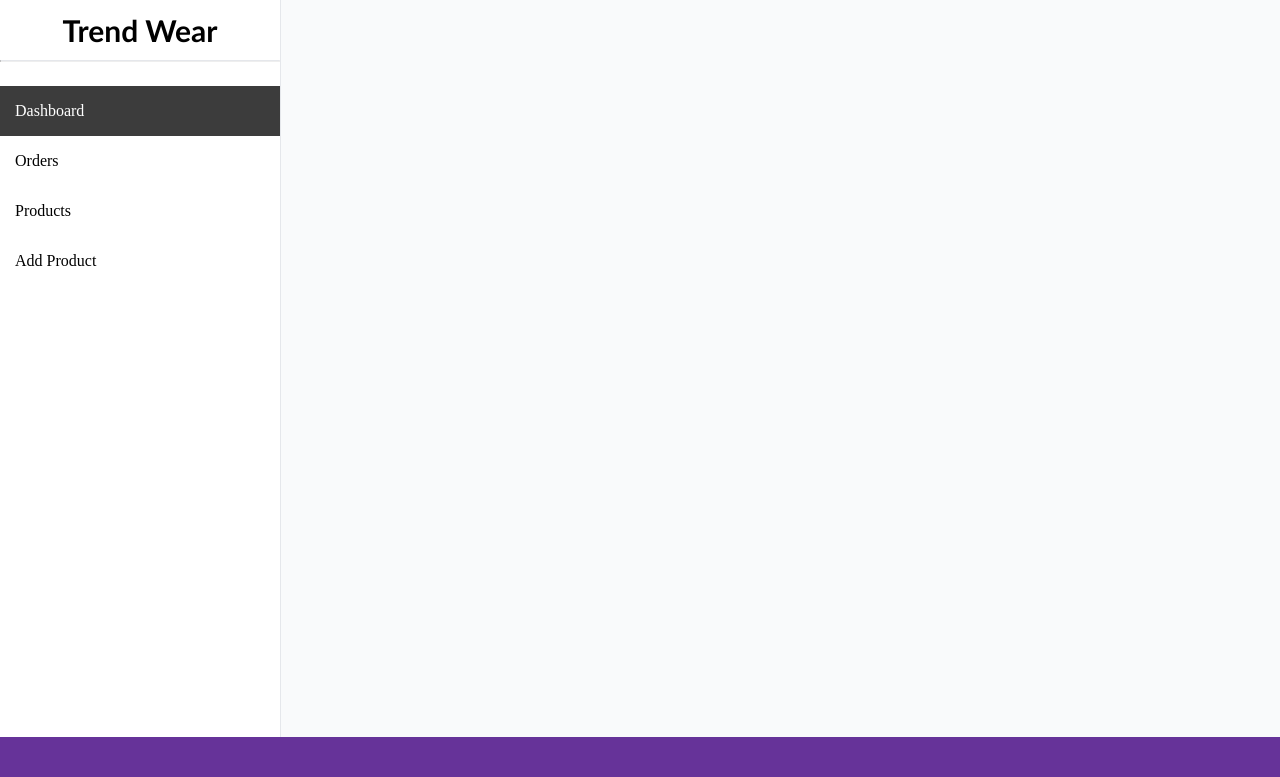
Repository: ahmad-dev7/TrendWear
Page: / (app in trend_wear_dashboard/)
These files come from the project's save history. The page is drawn as it stood at one moment and after the next save; the edit follows.
The browser window is 1280 px wide. The pictures show the whole page.
The project was rebuilt for these pictures with package versions that can differ from the ones it lists, and the page was loaded fresh each time. Also part of the build but not shown: trend_wear_dashboard/vite.config.ts.

Above is the page before, as saved 2025-01-19 18:09:06.

After the next save:
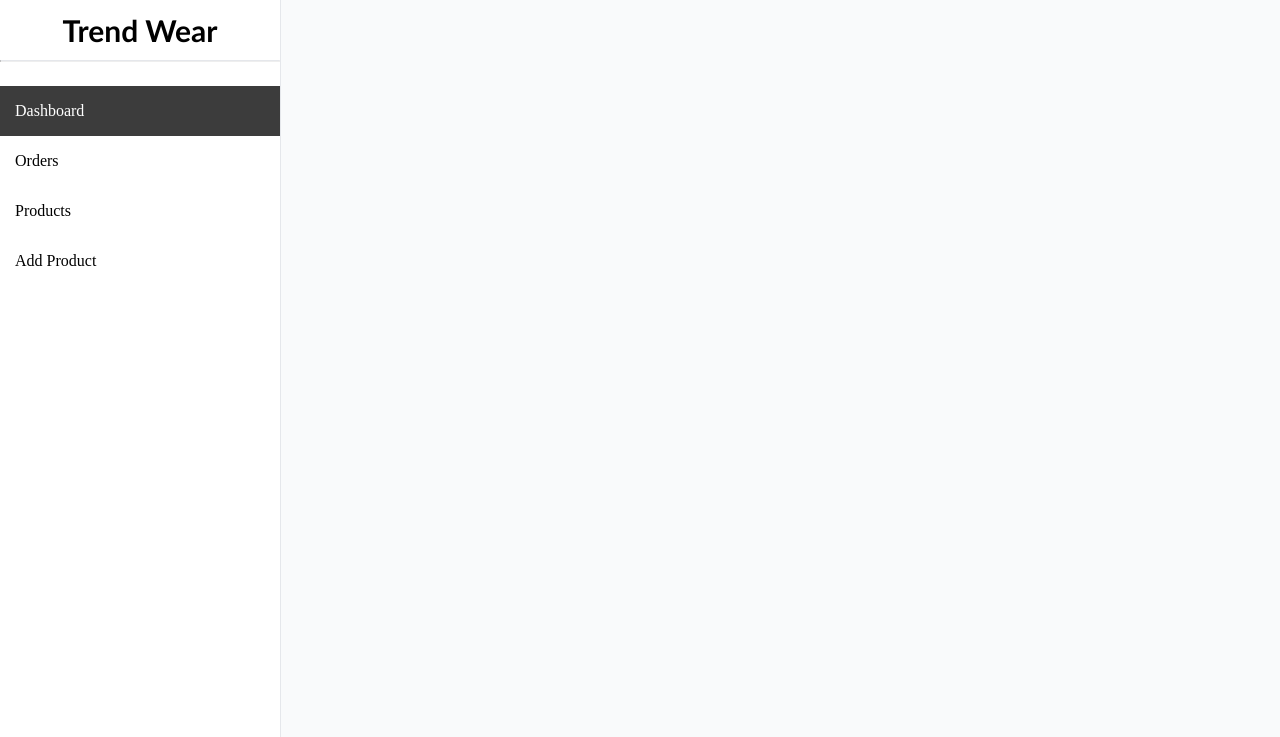
Saved 51 s later.
--- a/trend_wear_dashboard/src/App.css
+++ b/trend_wear_dashboard/src/App.css
@@ -4,3 +4,7 @@ body {
     margin: 0px;
 
 }
+
+#parent {
+    display: flex;
+}
